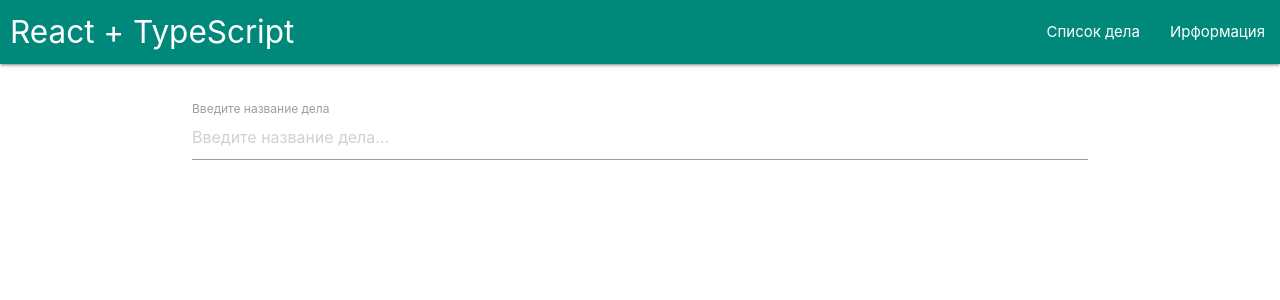
Repository: frostnn/TodoForm
Page: /About
The author's editor kept a copy of each file at every save. The page is drawn from the files as they stood at one save, then again after the next save.
The browser window is 1280 px wide. The pictures show the whole page.
The project was rebuilt for these pictures with package versions that can differ from the ones it lists, and the page was loaded fresh each time.

Above is the page before, as saved 2020-05-27 13:26:19.

After the next save:
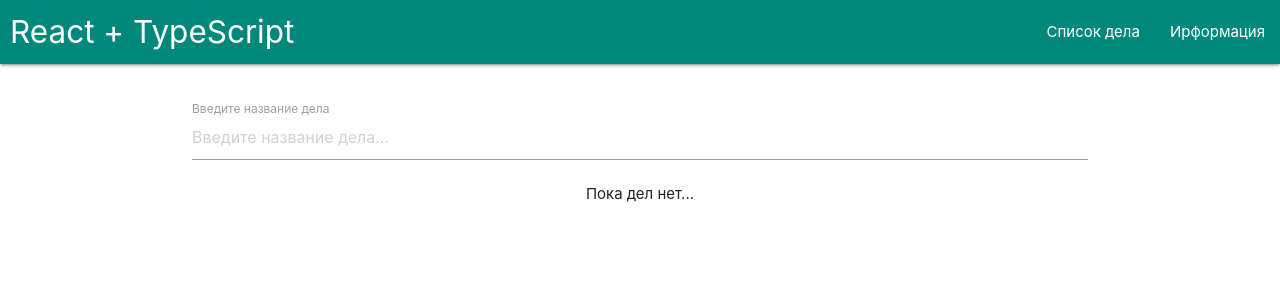
Saved 2 min 41 s later.
--- a/src/components/TodoList.tsx
+++ b/src/components/TodoList.tsx
@@ -6,6 +6,10 @@ type TodoListProps = {
   onRemove: (id: number) => void
 }
 const TodoList: React.FunctionComponent<TodoListProps> = ({todos, onToggle, onRemove }) => {
+
+  if(todos.length === 0) {
+    return <p className="center">Пока дел нет...</p>
+  }
   return (
     <ul>
       {todos.map(todo => {
